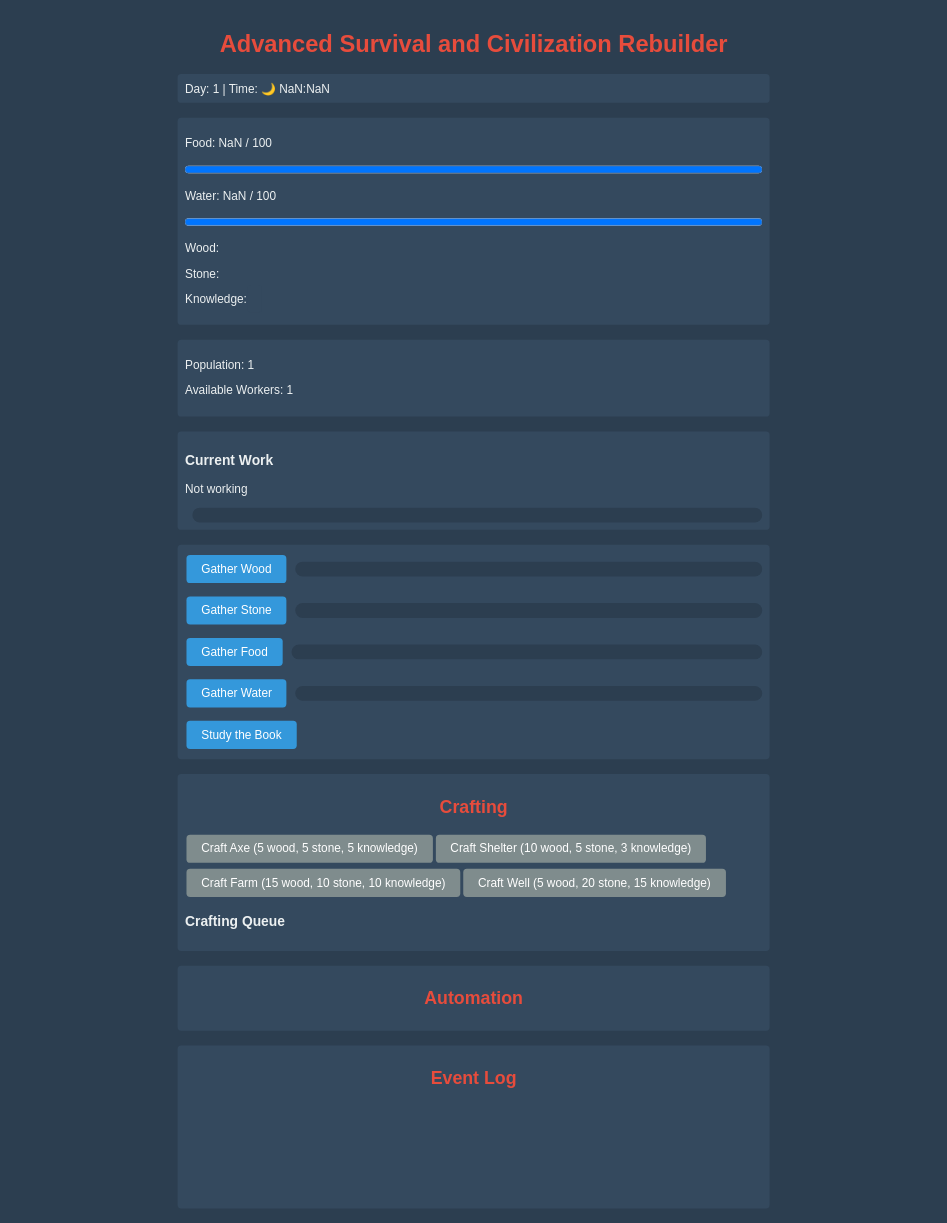
Repository: kingpinzs/afk-post-apocalyptic
Page: index.html
An editor plug-in stored every save of this project. The page is shown before and after a run of saves, followed by the edit.
The browser window is 1280 px wide. The pictures show the whole page, at 74% of full size.

Above is the page before, as saved 2024-09-10 10:04:30.
Console error (its wording comes from the project's code and is left out).

After the next 2 saves:
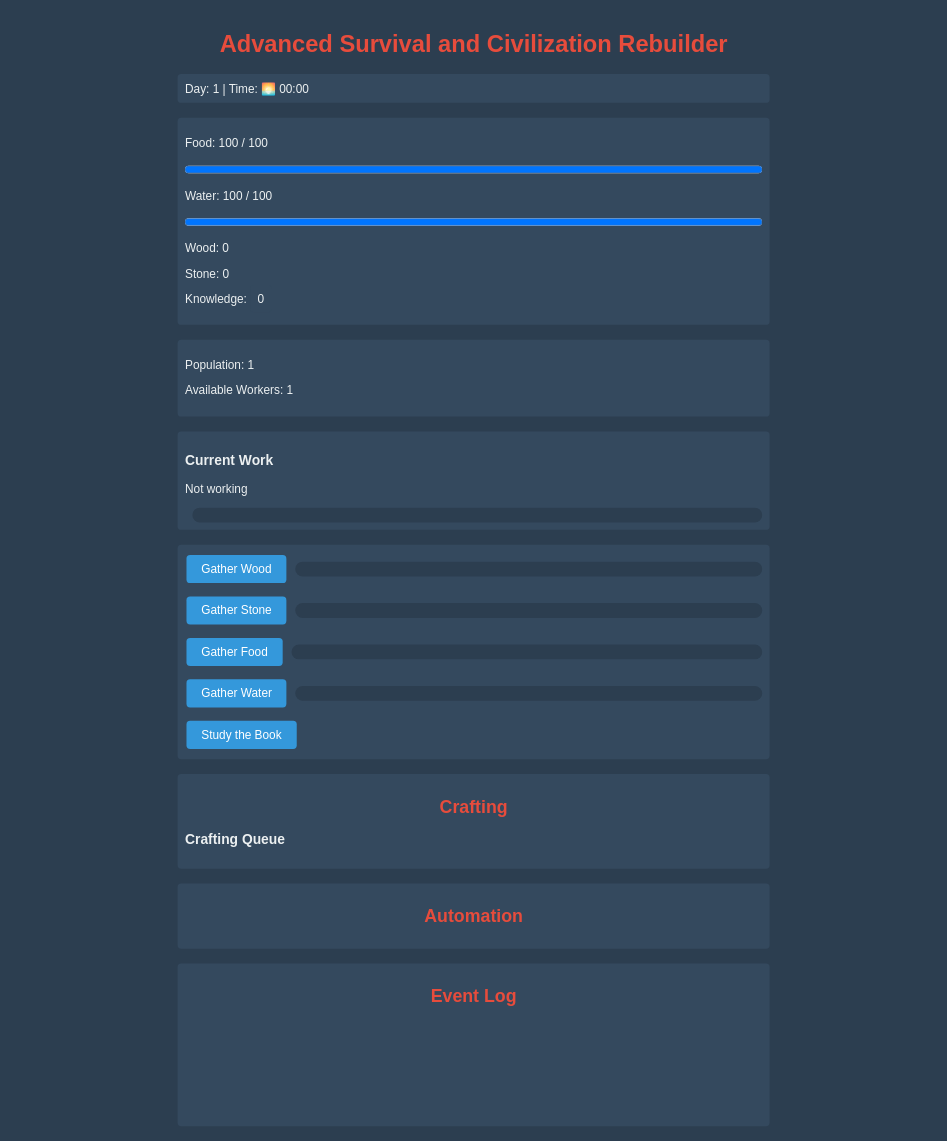
Console error (its wording comes from the project's code and is left out).
The 2 saves are shown as one change because they came seconds apart.
The last was saved 11 s later.
--- a/gameState.js
+++ b/gameState.js
@@ -11,16 +11,6 @@ export const CONSTANTS = {
     POPULATION_THRESHOLD: 50 // Resources required for population growth
 };
 
-export let knowledgeData;
-
-export function loadKnowledgeData() {
-    return fetch('knowledge_data.json')
-        .then(response => response.json())
-        .then(data => {
-            knowledgeData = data;
-        });
-}
-
 export async function loadGameConfig() {
     const response = await fetch('knowledge_data.json');
     gameConfig = await response.json();
